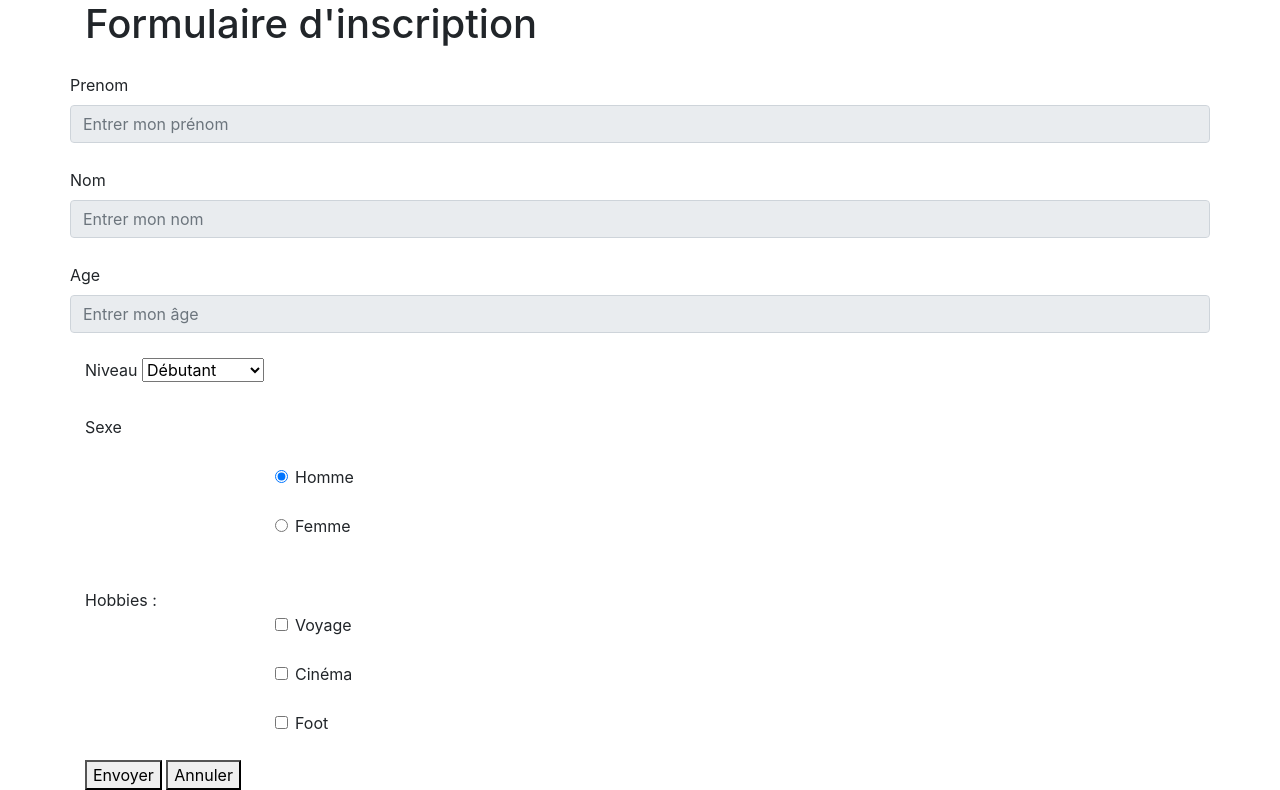
Repository: JohanVairac/montpar-architectureJEE
Page: exempleJEE/WebContent/Inscription.html
An editor plug-in stored every save of this project. The page is shown before and after the next save, followed by the edit.
The browser window is 1280 px wide. The pictures show the whole page.

Above is the page before, as saved 2019-04-08 14:30:51.

### exempleJEE/WebContent/Inscription.html
<!DOCTYPE html>
<html>
<head>
<meta charset="ISO-8859-1">
<title>Formulaire d'inscription</title>
<link rel="stylesheet" href="./css/main.css">
<link rel="stylesheet"
	href="https://stackpath.bootstrapcdn.com/bootstrap/4.3.1/css/bootstrap.min.css"
	integrity="sha384-ggOyR0iXCbMQv3Xipma34MD+dH/1fQ784/j6cY/iJTQUOhcWr7x9JvoRxT2MZw1T"
	crossorigin="anonymous">
</head>
<body>
	<section class="container">
		<h1>Formulaire d'inscription</h1>
		<div>
			<form action="/contact" method="POST" id="form-contact">

		<div>
				<div class= "form-group row">
					<label for="prenom">Prenom</label>
					<input id="prenom" placeholder="Entrer mon prénom" readonly class="form-control" type= "text" name="prenom" />
				</div>

				<div class= "form-group row">
					<label for="nom">Nom</label>
					<input id="nom" placeholder="Entrer mon nom" readonly class="form-control" type="text" name="nom" />
				</div>

				<div class= "form-group row">
					<label for="age">Age</label>
					<input id="age" placeholder="Entrer mon âge" readonly class="form-control" type="text" name="age" />
				</div>
		</div>

				<div>
					<label for="niveau">Niveau</label> <select id="niveau"
						name="niveau">
						<option>Débutant</option>
						<option>Intermédiaire</option>
						<option>Expert</option>
					</select>
				</div>

				<fieldset class="form-group">
                            <div class="row">
                                <legend class="col-form-label col-sm-2 pt-0">Sexe</legend>
                                <div class="col-sm-10">
                                    <div class="form-check">
                                    <input class="form-check-input" type="radio" name="gridRadios" id="gridRadios1" value="option1" checked>
                                    <label class="form-check-label" for="gridRadios1">
                                        Homme
                                    </label>
                                    </div>
                                    <div class="form-check">
                                    <input class="form-check-input" type="radio" name="gridRadios" id="gridRadios2" value="option2">
                                    <label class="form-check-label" for="gridRadios2">
                                        Femme
                                    </label>
                                    </div>
                                </div>
                            </div>
                        </fieldset>

                        <div class="form-group row">
                                <div class="col-sm-2">Hobbies :</div>
                                <div class="col-sm-10">
                                  <div class="form-check">
                                    <input class="form-check-input" type="checkbox" id="gridCheck1">
                                    <label class="form-check-label" for="gridCheck1">
                                      Voyage
                                    </label>
                                  </div>
                                  <div class="form-check">
                                    <input class="form-check-input" type="checkbox" id="gridCheck2">
                                    <label class="form-check-label" for="gridCheck1">
                                      Cinéma
                                    </label>
                                  </div>
                                  <div class="form-check">
                                    <input class="form-check-input" type="checkbox" id="gridCheck3">
                                    <label class="form-check-label" for="gridCheck1">
                                      Foot
                                    </label>
                                  </div>
                                </div>
                           </div>
                           <div>
                                <button type= "submit">Envoyer</button>
                                <button type= "reset">Annuler</button>
                            </div>
</body>
</html>

### exempleJEE/WebContent/css/main.css
.container{
    background-color:rgb white;
    width: 900px;
    margin: 0 auto 0 auto;
}
.part-haut{
    float: left;
    background-color: rgb(255, 115, 0);
    width: 900px;
    text-align: center;
    font-family: fantasy;

}
.part-haut2{
    float: left;
    background-color: rgba(250, 72, 18, 0.911);
    width: 900px;
    text-align: center;
}

.content-left{
    width: 34%;
    float: left;
}
.content-right {
    width: 33%;
    float: right;
}
footer{
    text-align: center;
    background-color: rgb(255, 115, 0);
    color: rgb(247, 248, 155);
    padding: 5px;
}
.clearfix{
    clear: both;
}
.part-center{
    float: left;
    width: 33%;

}
.part-nom{
    text-align: left;
    font-family: Cambria, Cochin, Georgia, Times, 'Times New Roman', serif;
    font-size: 15px;

}
.bar{
    background-color: whitesmoke;
    padding-top: 10px;
    padding-bottom:10px;
    border-bottom: 3px solid rgb(255, 230, 0);

}

.bar nav a {
    padding: 15px;
}
.bar nav a:hover{
    background-color: rgb(255, 60, 0);
    color: white;
    border-radius: 10px 10px 0 0;
}

#s1{
    background-color:yellow;
}

#s2{
    background-color: rgb(255, 251, 0);
}
#s3{
    background-color:rgb(203, 223, 27);
    min-width: 150px;

}

#s4{
    background-color: whitesmoke;
    min-width: 150px
}

#s5{
    background-color:azure;
    min-width: 150px
}

#s6{
    background-color: blanchedalmond;
    min-width: 150px
}
#form-contact div {
    margin-top:25px;

}
#produits thead {
    font-weight: bold;
    background-color: orange;
    color:white;

}

#produits td {
    padding:0 25px;
}
#produits  tbody tr:nth-child(odd){
    background-color: rgba(231, 151, 3, 0.911)
}

/*#produits {
    border-collapse: collapse
} enlever les lignes du tableau */

.container1{
    width: 600px;
    margin: 0 auto 0 auto;

}
.titre{
    font-family: cursive;
    color: blue;
}

After the next save:
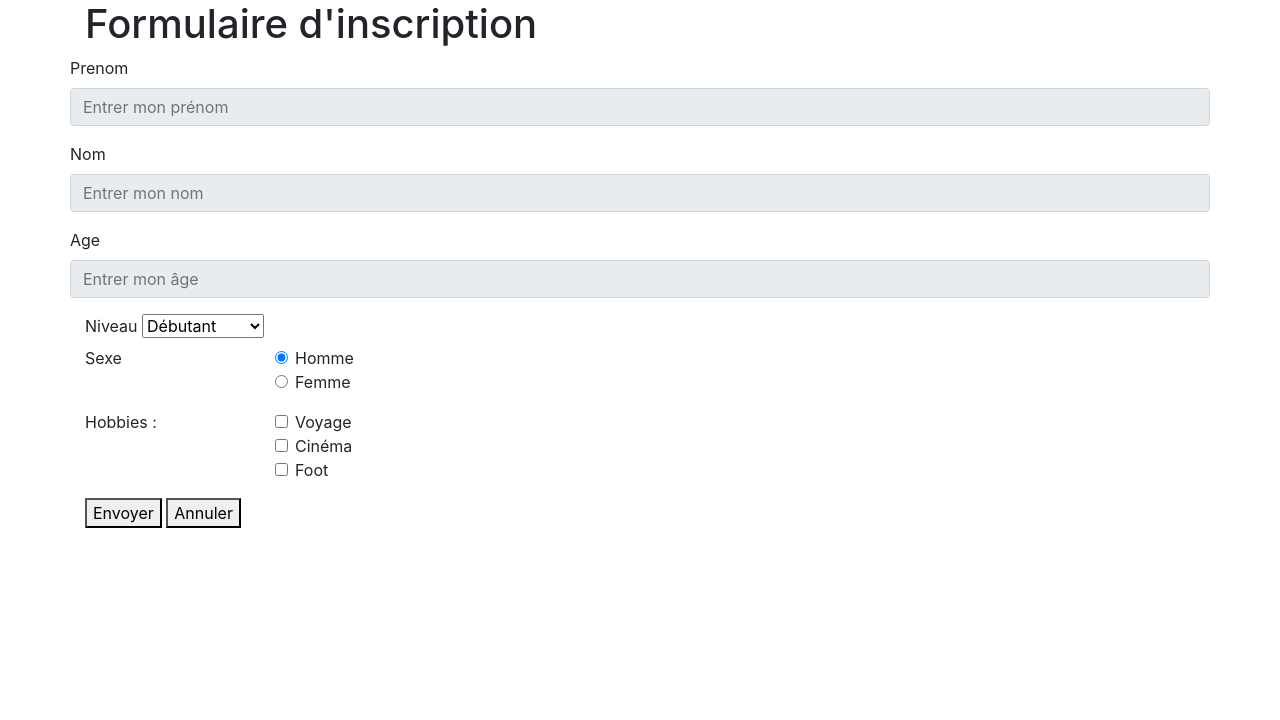
Saved 6 s later.
--- a/exempleJEE/WebContent/Inscription.html
+++ b/exempleJEE/WebContent/Inscription.html
@@ -13,7 +13,7 @@
 	<section class="container">
 		<h1>Formulaire d'inscription</h1>
 		<div>
-			<form action="/contact" method="POST" id="form-contact">
+			<form action="MaServlet">
 
 		<div>
 				<div class= "form-group row">
